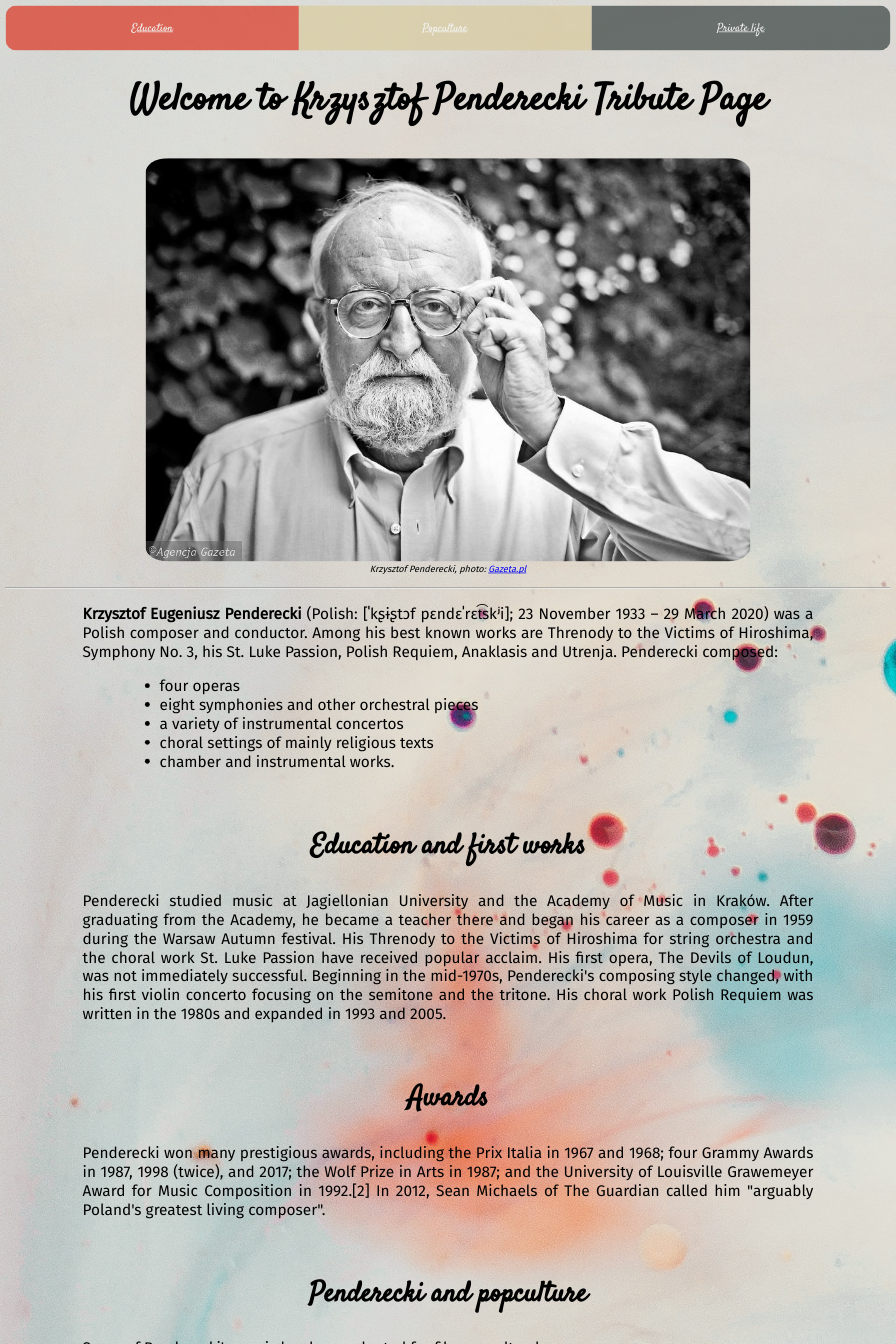
Repository: justynke/tribute_page
Page: index.html
These files come from the project's save history. The page is drawn as it stood at one moment and after the next save; the edit follows.
The browser window is 1280 px wide. The pictures show the part of the page from y = 0 to 1920 px (the page is 3515 px tall), at 70% of full size.

Above is the page before, as saved 2020-04-24 12:27:55.

### index.html
<!DOCTYPE html>
<html lang = "pl-PL">
<head>
    <link href="https://fonts.googleapis.com/css2?family=Satisfy&display=swap" rel="stylesheet">
    <link href="https://fonts.googleapis.com/css2?family=Fira+Sans&display=swap" rel="stylesheet">

    <link rel="stylesheet" type="text/css" href="styles.css">
    <title>Krzysztof Penderecki Tribute Page</title>
</head>



<body id = "main">


    <div id = "nav">
        <div id = "edu"><a href = "#education" style = "color: inherit;">Education</a></div>
        <div id = "pop"><a href = "#popculture" style = "color: inherit;">Popculture</a></div>
        <div id = "priv"><a href = "#private" style = "color: inherit;">Private life</a></div>
    </div>


    <h1 id = "title">Welcome to Krzysztof Penderecki Tribute Page</h1>

    <div id = "img-div">
        <figure>
            <img id = "image" src = "images/penderecki_01.jpg" alt = "Krzysztof Penderecki">
            <figcaption id = "img-caption">Krzysztof Penderecki, photo: <a href = "http://gazeta.pl">Gazeta.pl</a></figcaption>
        </figure>
    </div>


    <hr>


<div id = "tribute-info">
    <p>
        <b>Krzysztof Eugeniusz Penderecki</b> (Polish: [ˈkʂɨʂtɔf pɛndɛˈrɛt͡skʲi]; 23 November 1933 – 29 March 2020) was a Polish composer and conductor. Among his best known works are Threnody to the Victims of Hiroshima, Symphony No. 3, his St. Luke Passion, Polish Requiem, Anaklasis and Utrenja. Penderecki composed:
        <ul>
            <li>four operas</li>
            <li>eight symphonies and other orchestral pieces</li>
            <li>a variety of instrumental concertos</li>
            <li>choral settings of mainly religious texts</li>
            <li>chamber and instrumental works.</li>
        </ul>
    </p>

    <h2 id = "education">Education and first works</h2>
    <p>Penderecki studied music at Jagiellonian University and the Academy of Music in Kraków. After graduating from the Academy, he became a teacher there and began his career as a composer in 1959 during the Warsaw Autumn festival. His Threnody to the Victims of Hiroshima for string orchestra and the choral work St. Luke Passion have received popular acclaim. His first opera, The Devils of Loudun, was not immediately successful. Beginning in the mid-1970s, Penderecki's composing style changed, with his first violin concerto focusing on the semitone and the tritone. His choral work Polish Requiem was written in the 1980s and expanded in 1993 and 2005.</p>

    <h2>Awards</h2>
    <p>Penderecki won many prestigious awards, including the Prix Italia in 1967 and 1968; four Grammy Awards in 1987, 1998 (twice), and 2017; the Wolf Prize in Arts in 1987; and the University of Louisville Grawemeyer Award for Music Composition in 1992.[2] In 2012, Sean Michaels of The Guardian called him "arguably Poland's greatest living composer".</p>

<h2 id = "popculture">Penderecki and popculture</h2>
<p>Some of Penderecki's music has been adapted for film soundtracks.</p>
    <h3>The Exorcist (1973)</h3>
    <p>features his String Quartet and Kanon For Orchestra and Tape; fragments of the Cello Concerto and The Devils of Loudun. Writing about The Exorcist, the film critic for The New Republic wrote that "even the music is faultless, most of it by Krzysztof Penderecki, who at last is where he belongs."</p>
    <h3>The Shining (1980)</h3>
    <p> features six pieces of Penderecki's music:[1] Utrenja II: Ewangelia, Utrenja II: Kanon Paschy, The Awakening of Jacob, De Natura Sonoris No. 1, De Natura Sonoris No. 2 and Polymorphia.</p>
    <h3>David Lynch has used Penderecki's music in following films:</h3>
    <ol>
        <li>Wild at Heart (1990)</li>
        <li>Inland Empire (2006)</li>
        <li>TV series Twin Peaks (2017)</li>
    </ol>
    <h3>Fearless (1993) by Peter Weir</h3>
    <p>Rhe piece Polymorphia was once again used here for an intense plane crash scene, seen from the point of view of the passenger played by Jeff Bridges. </p>

    <h3>Children of Men (2006)</h3>
     <p>Threnody for the Victims of Hiroshima was also used during one of the final sequences in the film. Penderecki composed music for Andrzej Wajda's 2007 Academy Award nominated film Katyń, while Martin Scorsese's Shutter Island (2010) featured his Symphony No. 3 and Fluorescences.

        <h3>Popular music</h3>
    <p>Some of Penderecki's oeuvre inspired Jonny Greenwood of Radiohead to release an album, which thereafter appeared in his score for There Will Be Blood, a 2007 Paul Thomas Anderson film.</p>

    <h2 id = "private">Private life</h2>
    <p>Penderecki had three children, first a daughter Beata with pianist Barbara Penderecka (née Graca; married 1954, then divorced). He then had a son Łukasz (b. 1966) and daughter Dominika (b. 1971) with his second wife, Elżbieta Penderecka (née Solecka), whom he married on 19 December 1965. He lived in the Kraków suburb of Wola Justowska.</p>

    <h2>More information</h2>
        <p>You can easily gain more information about Krzysztof Penderecki on the Internet. The first source you can use is of course <a href = "https://en.wikipedia.org/wiki/Krzysztof_Penderecki" target="_blank" id = "tribute-link">Wikipedia.</a> Feel free to read a little bit more about him and maybe to enjoy his contemporary music?</p>
    </div>
    <script src="https://cdn.freecodecamp.org/testable-projects-fcc/v1/bundle.js"></script>

</body>
</html>

### styles.css
body {
    background-image: url(images/background.jpg);
}

h1 {
    text-align: center;
    font-family: 'Satisfy';
    font-size: 52px;
    margin-bottom: 0.8em;
}

h2 {
    font-family: 'Satisfy';
    font-size: 40px;
    margin-top: 2em;
    text-align: center;
}

h3 {
    font-family: 'Satisfy';
    font-size: 30px;
    text-align: center;
    font-weight: 250;
}

#img-div {
    height: 45vw;
    width: 80vw;
    margin: auto;
    position: relative;
}


#image {
    filter: gray; /* IE6-9 */
    -webkit-filter: grayscale(1); /* Google Chrome, Safari 6+ & Opera 15+ */
    filter: grayscale(1);
    max-width: 100%;
    max-height: 100%;
    height: auto;
    margin: auto;
    display: block;
    position: relative;
    border: solid;
    border-color: transparent;
    border-radius: 4%;
}

#image:hover {
    filter: grayscale(0);
}

#img-caption {
    font-family: 'Fira Sans', sans-serif;;
    text-align: center;
    font-style: italic;
    font-size: small;
    font-weight: 100;
}

figure {
    margin: auto;
    width: 100%;
    height: 100%;
    position: relative;
}

hr {
    margin-top: 2.5em;
}

p {
    padding-left: 5em;
    padding-right: 5em;
    font-family: 'Fira Sans', sans-serif;
    font-size: 22px;
    text-align: justify;
}

ul {
    padding-left: 10em;
    font-family: 'Fira Sans', sans-serif;
    font-size: 22px;
}

ol {
    padding-left: 10em;
    font-family: 'Fira Sans', sans-serif;
    font-size: 22px;
}

#nav {
    text-decoration: none;
    font-family: 'Satisfy', sans-serif;
    display: flex;
    justify-content: space-evenly;
    width: 100%;
    height: 5vw;
    margin: auto;
    position: relative;
}

#edu {
    display: flex;
    background-color: #DC3522;
    flex-grow: 1;
    border: solid;
    border-color: transparent;
    border-radius: 15px 0px 0px 15px;
    color: white;
    justify-content: center;
    align-items: center;
    opacity: 0.7;
}

#pop {
    display: flex;
    flex-grow: 1;
    background-color: #D9CB9E;
    color: white;
    justify-content: center;
    align-items: center;
    opacity: 0.7;
}

#priv {
    display: flex;
    flex-grow: 1;
    background-color: #374140;
    border: solid;
    border-color: transparent;
    border-radius: 0px 15px 15px 0px;
    color: white;
    justify-content: center;
    align-items: center;
    opacity: 0.7;
}

After the next save:
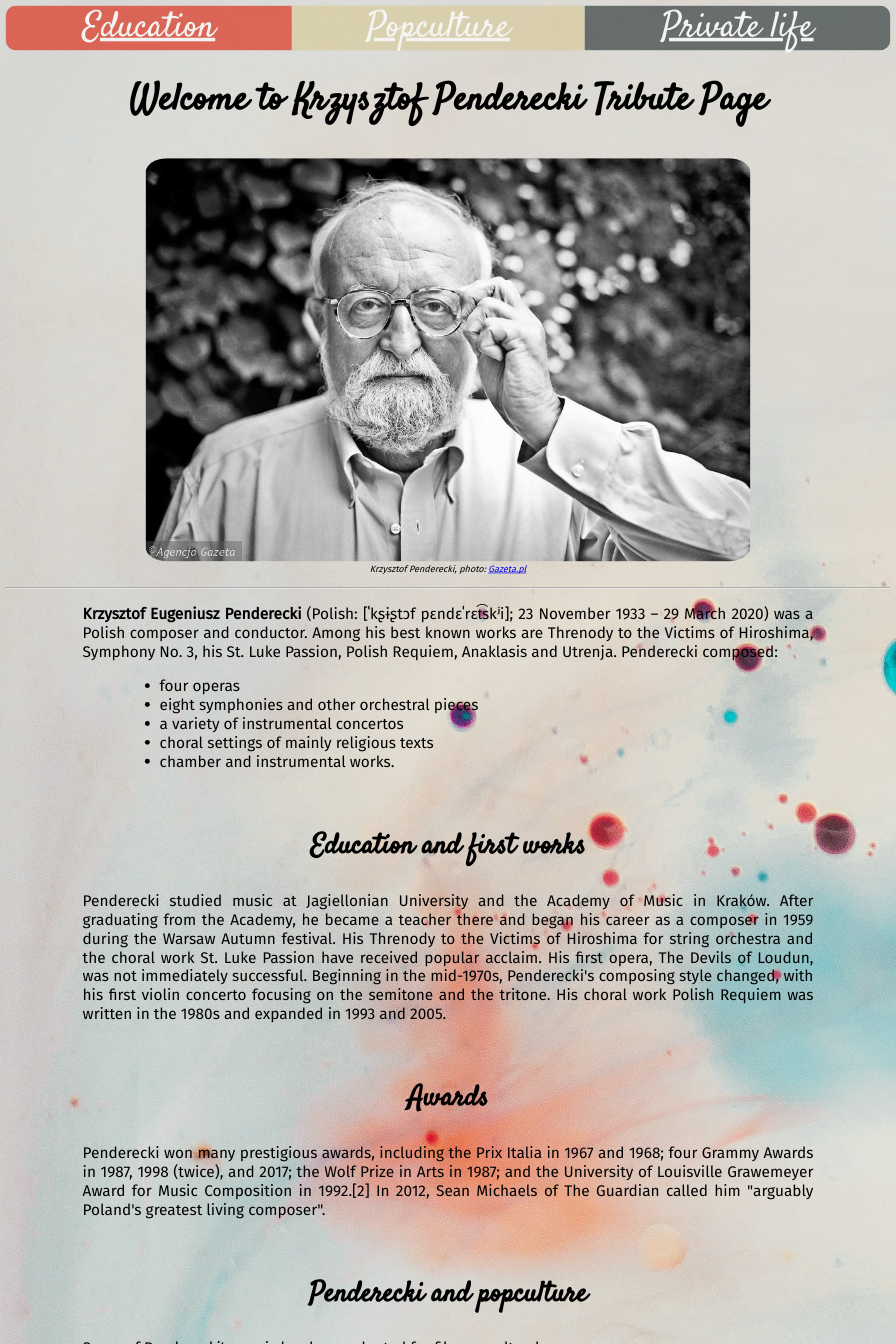
Saved 25 s later.
--- a/styles.css
+++ b/styles.css
@@ -98,6 +98,7 @@
     height: 5vw;
     margin: auto;
     position: relative;
+    font-size: 4vw;
 }
 
 #edu {
